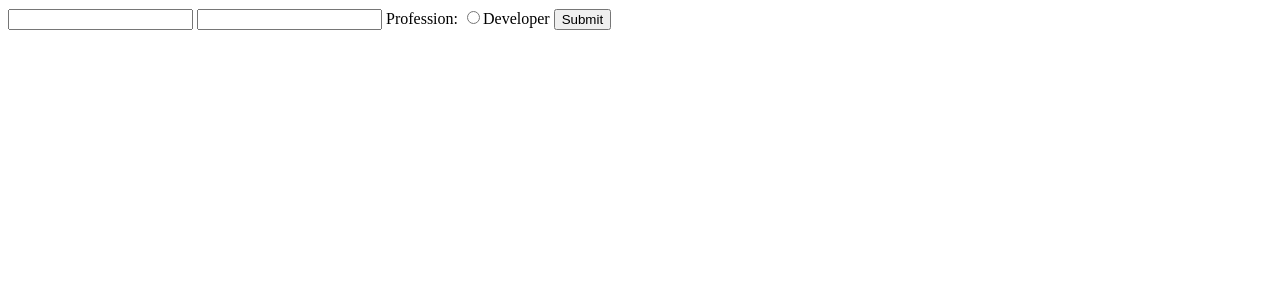
Repository: edwinisnow/jsp-servlets-demo
Page: SimpleServletProject/src/main/webapp/SimpleForm.html
An editor plug-in stored every save of this project. The page is shown before and after the next save, followed by the edit.
The browser window is 1280 px wide. The pictures show the whole page.

Above is the page before, as saved 2024-05-05 23:25:43.

After the next save:
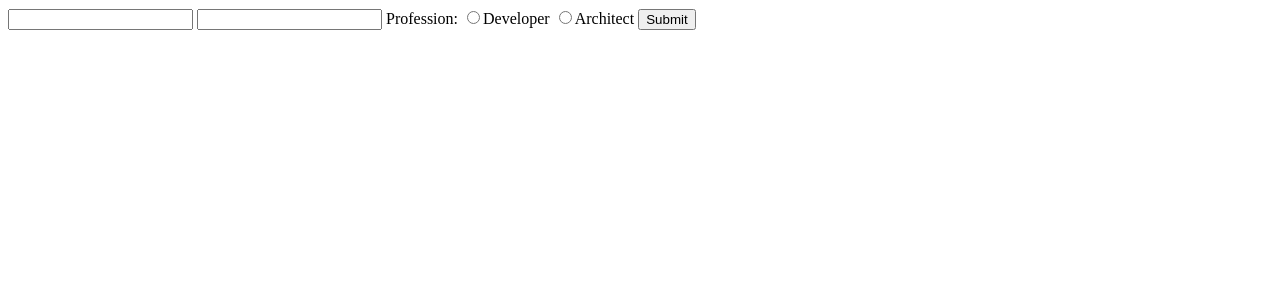
Saved 33 s later.
--- a/SimpleServletProject/src/main/webapp/SimpleForm.html
+++ b/SimpleServletProject/src/main/webapp/SimpleForm.html
@@ -11,6 +11,7 @@
 	<input name="fullName"/>
 	Profession:
 	<input type="radio" name="prof" value="Developer">Developer</input>
+	<input type="radio" name="prof" value="Architect">Architect</input>
 	<input type="submit" />
 </form>
 </body>
